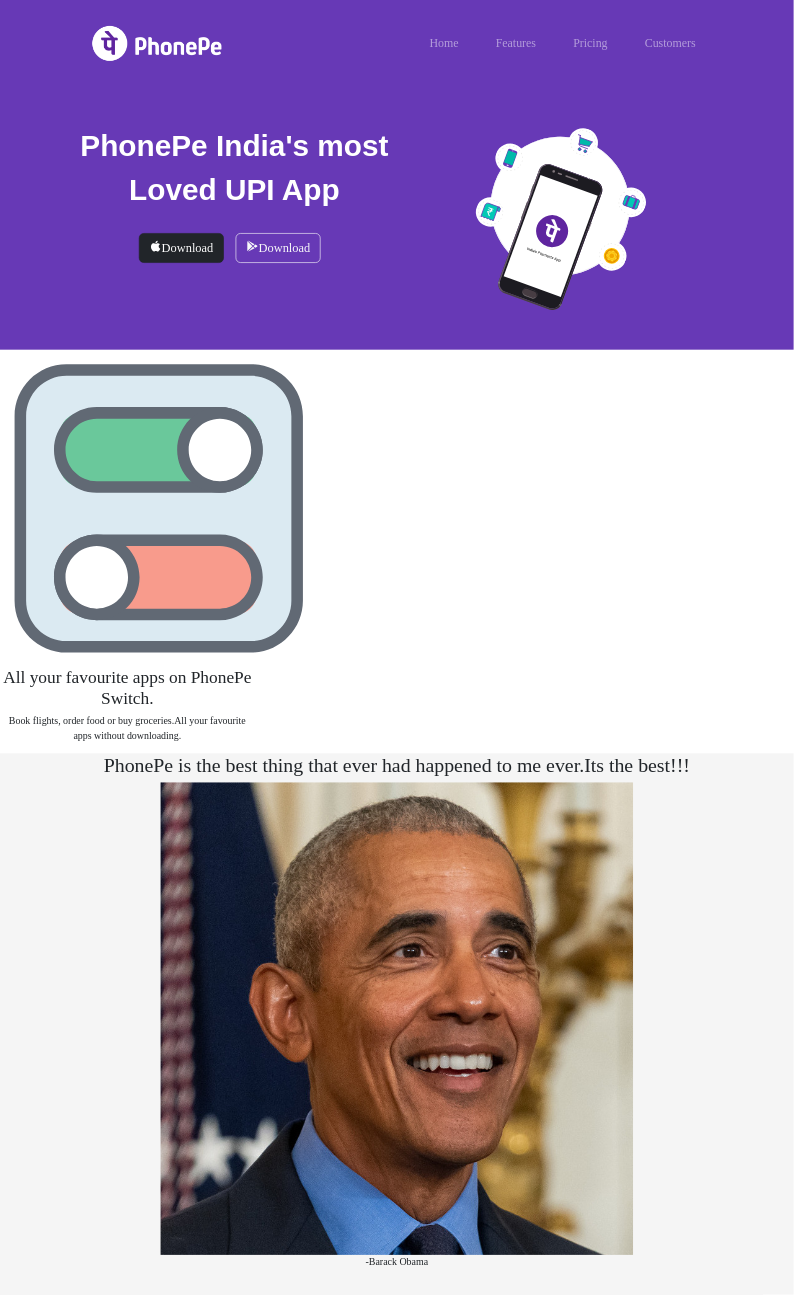
Repository: sarathraj2002/phonepe
Page: index.html
An editor plug-in stored every save of this project. The page is shown before and after a run of saves, followed by the edit.
The browser window is 1280 px wide. The page is 1292 px wide, so the pictures cover 1292 px, including what lies to the right of the window. The pictures show the whole page, at 62% of full size.
Some web libraries are served in a nearby version.

Above is the page before, as saved 2024-09-11 19:38:44.

After the next 3 saves:
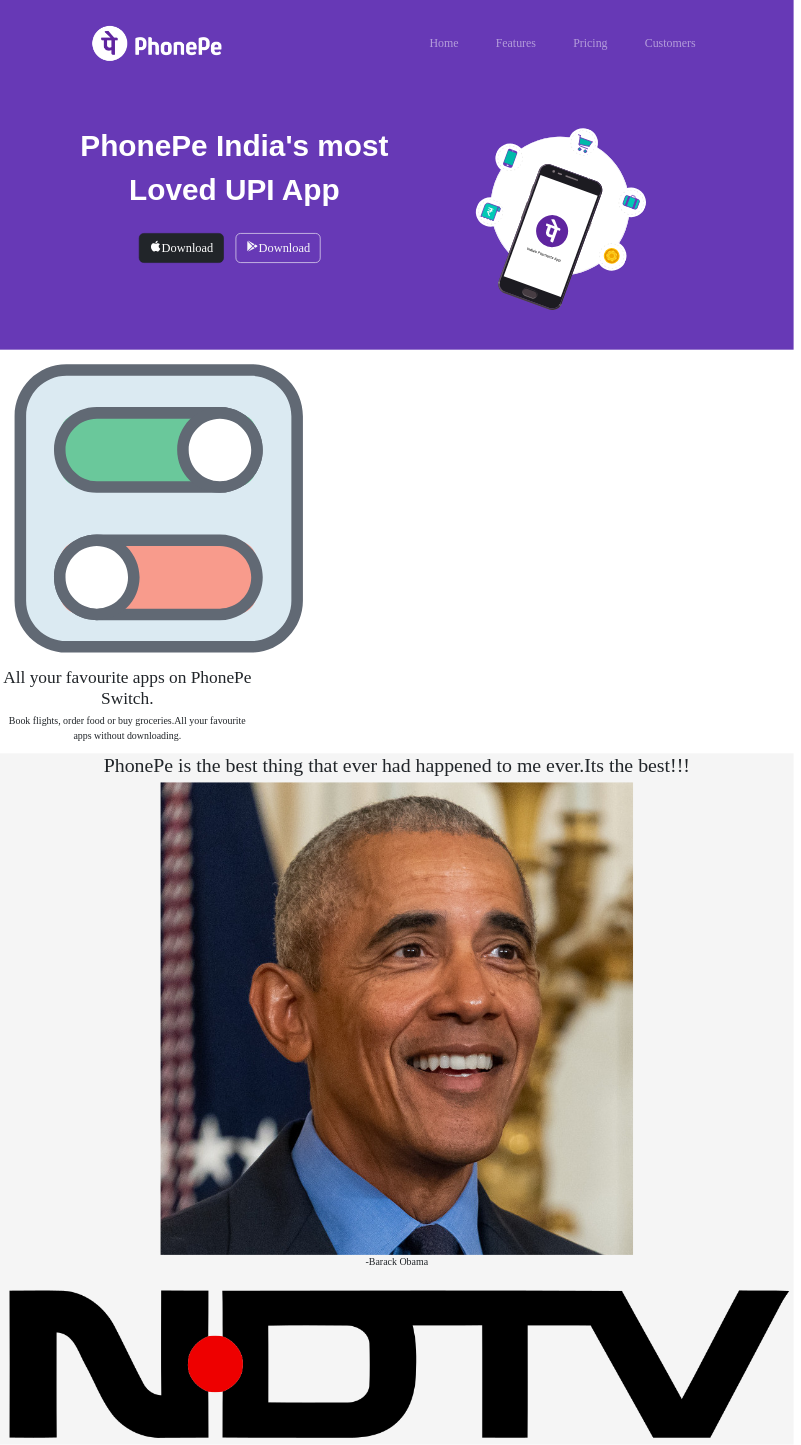
The 3 saves are shown as one change because they came seconds apart.
The last was saved 38 s later.
--- a/index.html
+++ b/index.html
@@ -68,7 +68,7 @@
         <h2>PhonePe is the best thing that ever had happened to me ever.Its the best!!!</h2>
         <img class="roundeding" src="image/barackobama.jpeg">
         <p>-Barack Obama</p>
-        <img class="press-img" src="" alt="">
+        <img class="press-img" src="image/ndtv.png" alt="">
     </section>
         </div>
         </div>
